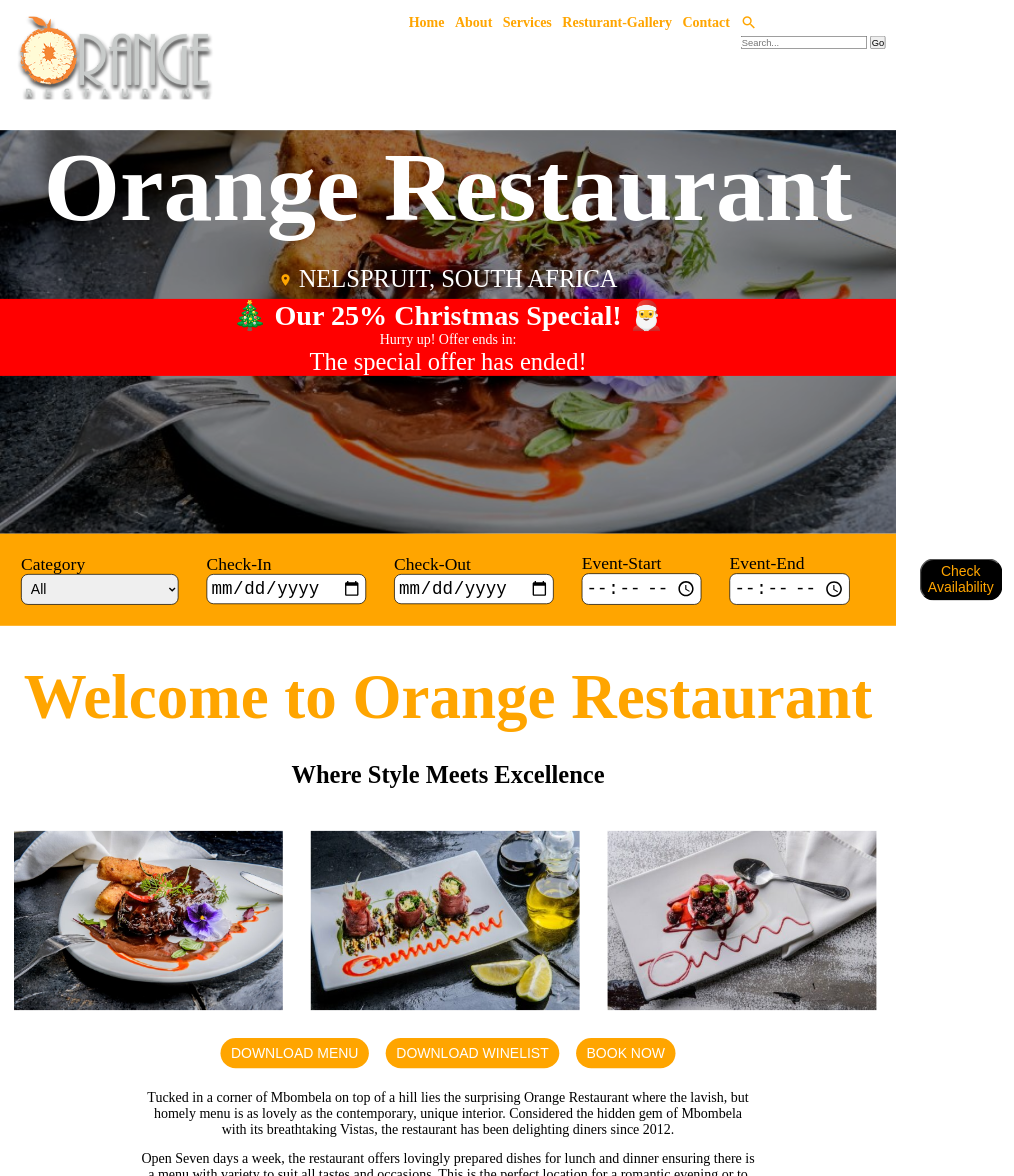
Repository: KaraboM20/KaraboUpdatedProjectOrang-Rest
Page: index.html
An editor plug-in stored every save of this project. The page is shown before and after the next save, followed by the edit.
The browser window is 1280 px wide. The page is 1448 px wide, so the pictures cover 1448 px, including what lies to the right of the window. The pictures show the part of the page from y = 0 to 1680 px (the page is 2569 px tall before and 2344 px after), at 70% of full size.

Above is the page before, as saved 2025-01-31 13:33:32.

After the next save:
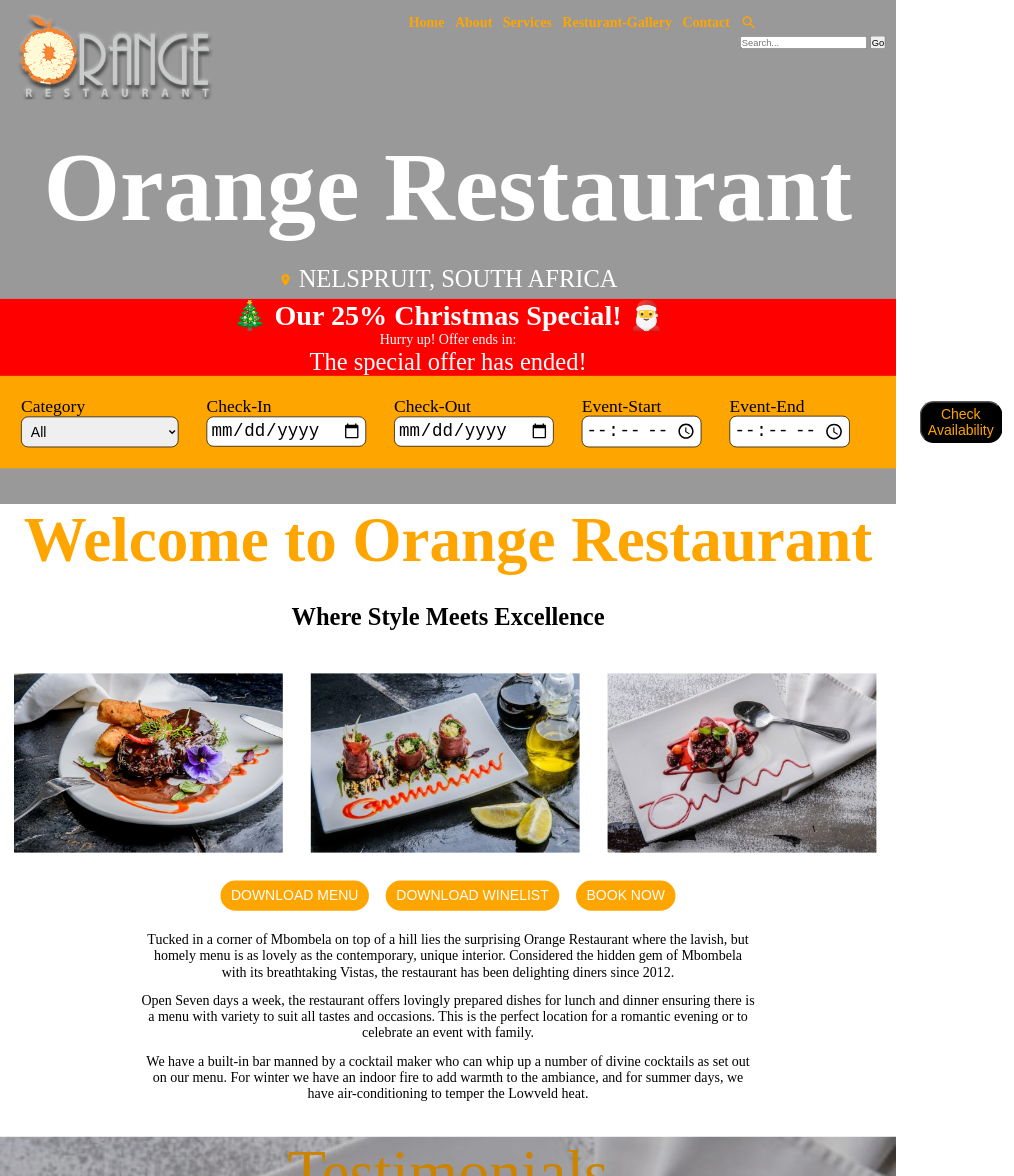
Saved 5 s later.
--- a/style.css
+++ b/style.css
@@ -5,7 +5,7 @@
 
 }
 
-
+.nav
 
 .upper-section {
     background-image: url(./assets/food-image.jpg);

After the 2 saves that followed:
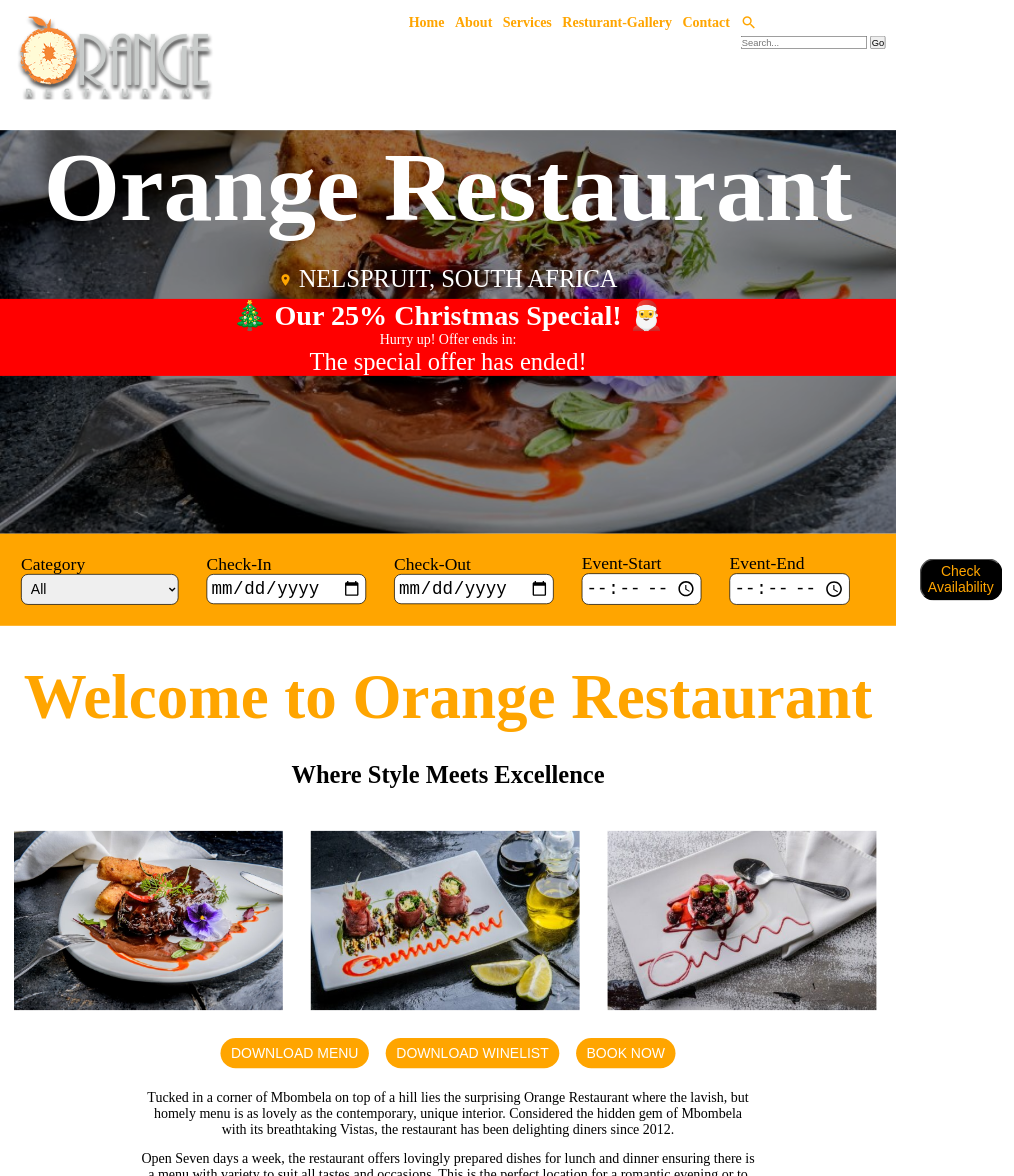
The 2 saves are shown as one change because they came seconds apart.
The last was saved 7 s later.
--- a/style.css
+++ b/style.css
@@ -5,7 +5,9 @@
 
 }
 
-.nav
+.nav-section {
+
+}
 
 .upper-section {
     background-image: url(./assets/food-image.jpg);
